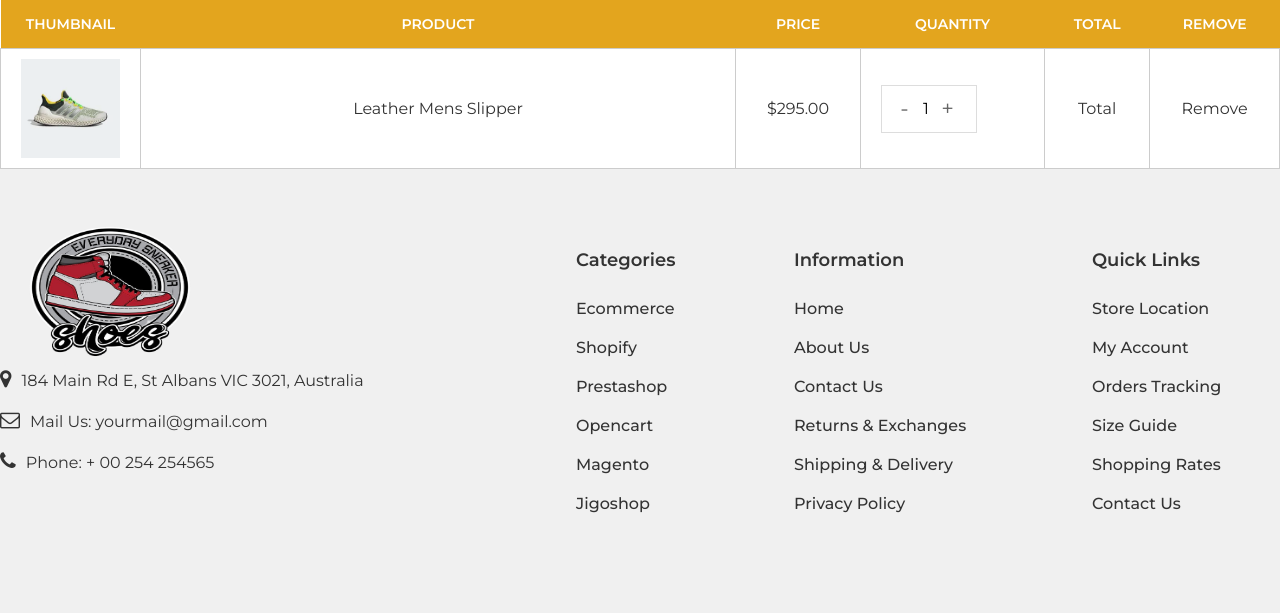
Repository: Toan3333/TranAnhToan
Page: pages/cart.html
The author's editor kept a copy of each file at every save. The page is drawn from the files as they stood at one save, then again after the next save.
The browser window is 1280 px wide. The pictures show the part of the page from y = 328 to 957 px (the page is 941 px tall before and 957 px after).

Above is the page before, as saved 2023-02-18 22:22:50.

After the next save:
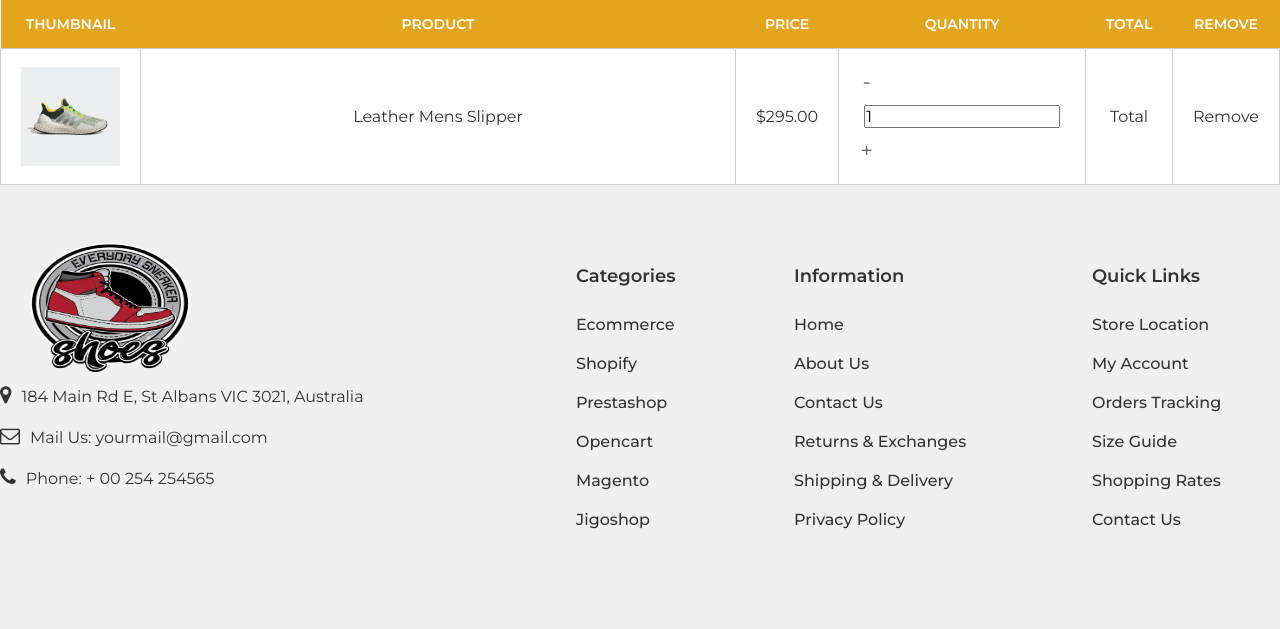
Saved 44 s later.
--- a/pages/cart.html
+++ b/pages/cart.html
@@ -82,11 +82,9 @@
                 <td class="pro-title">Leather Mens Slipper</td>
                 <td class="pro-price">$295.00</td>
                 <td class="pro-quantity">
-                  <div class="quantity">
-                    <span class="dec">-</span>
-                    <input type="text" value="1" />
-                    <span class="inc">+</span>
-                  </div>
+                  <span class="dec">-</span>
+                  <input type="text" value="1" />
+                  <span class="inc">+</span>
                 </td>
                 <td class="pro-subtotal">Total</td>
                 <td class="pro-remove">Remove</td>

After the save that followed:
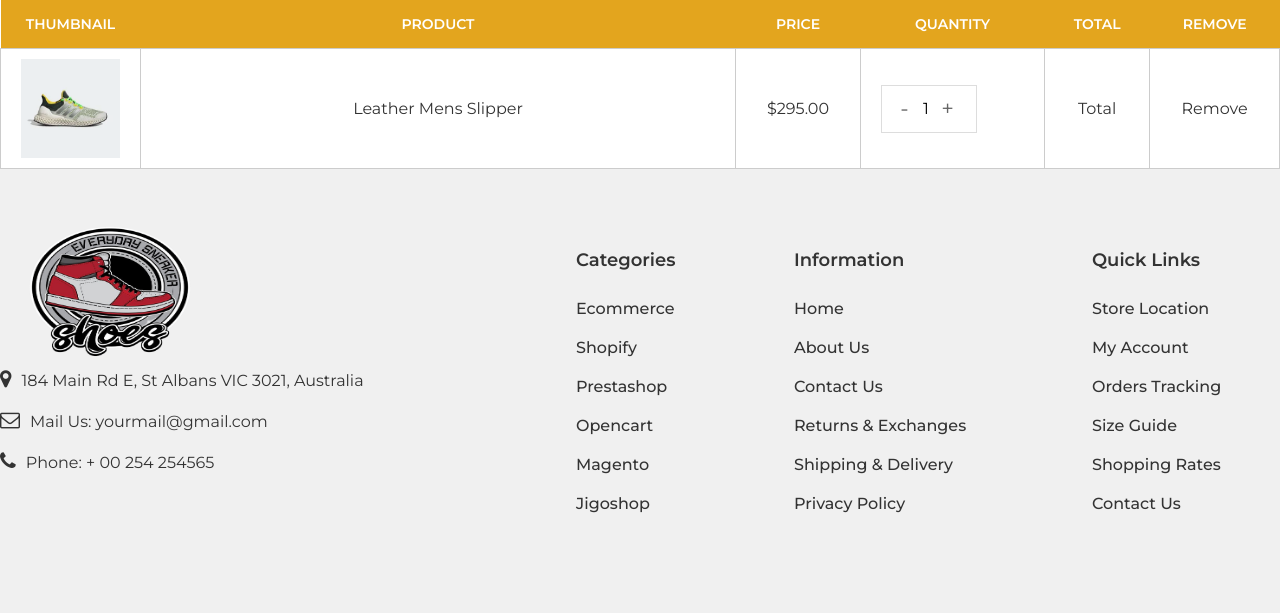
Saved 4 s later.
--- a/pages/cart.html
+++ b/pages/cart.html
@@ -82,9 +82,11 @@
                 <td class="pro-title">Leather Mens Slipper</td>
                 <td class="pro-price">$295.00</td>
                 <td class="pro-quantity">
-                  <span class="dec">-</span>
-                  <input type="text" value="1" />
-                  <span class="inc">+</span>
+                  <div class="quantity">
+                    <span class="dec">-</span>
+                    <input type="text" value="1" />
+                    <span class="inc">+</span>
+                  </div>
                 </td>
                 <td class="pro-subtotal">Total</td>
                 <td class="pro-remove">Remove</td>
